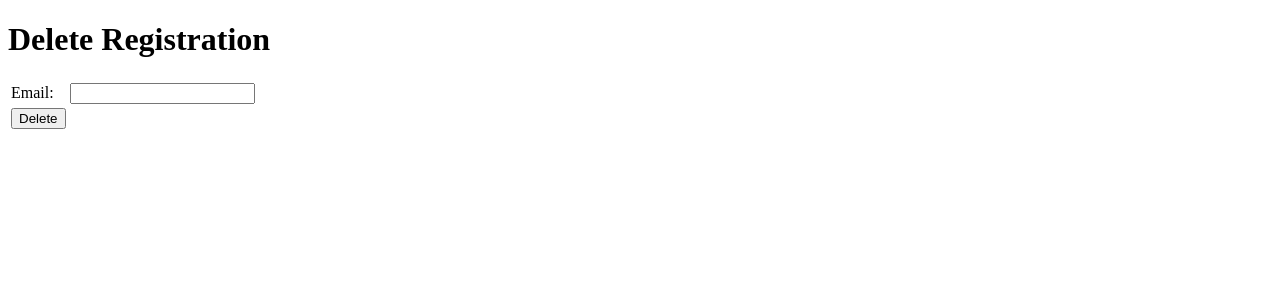
Repository: Aman-Kumar-Gautam/Java-Full-Stack
Page: Projects/web_app_1/src/main/webapp/delete_registration.html
These files come from the project's save history. The page is drawn as it stood at one moment and after the next save; the edit follows.
The browser window is 1280 px wide. The pictures show the whole page.

Above is the page before, as saved 2023-11-07 15:56:50.

After the next save:
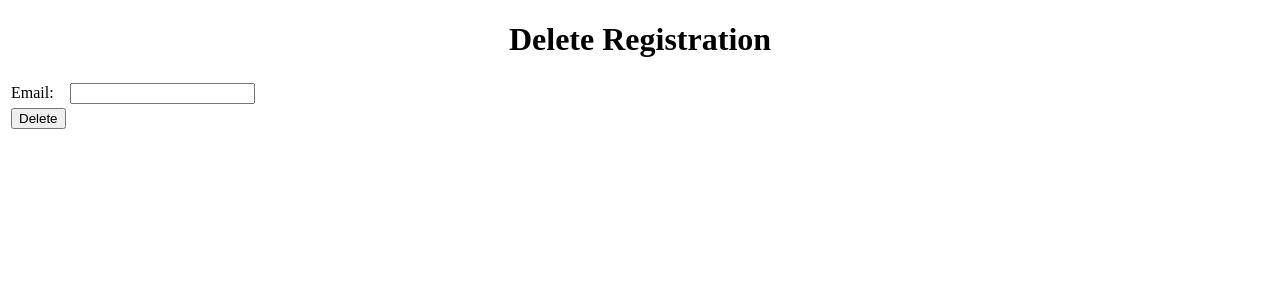
Saved 52 s later.
--- a/Projects/web_app_1/src/main/webapp/delete_registration.html
+++ b/Projects/web_app_1/src/main/webapp/delete_registration.html
@@ -5,7 +5,7 @@
 <title>Delete Registration Page</title>
 </head>
 <body>
-<h1>Delete Registration</h1>
+<center><h1>Delete Registration</h1></center>
 
 	<form action = "delete" method="post">
 		<table>

After the save that followed:
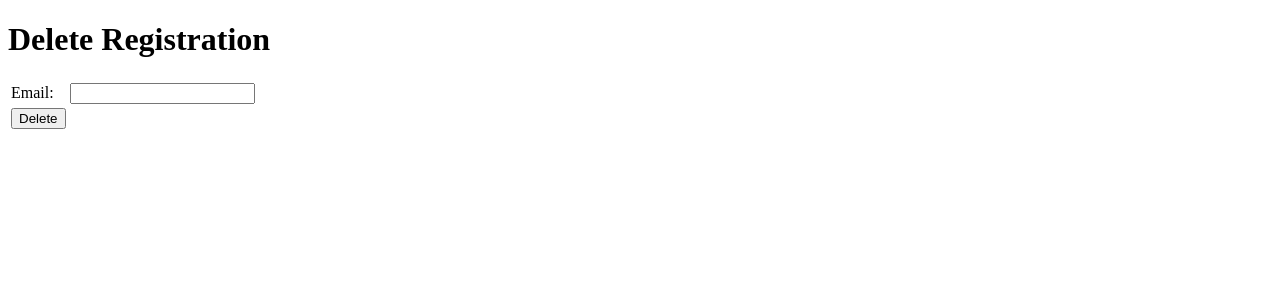
Saved 2 min 9 s later.
--- a/Projects/web_app_1/src/main/webapp/delete_registration.html
+++ b/Projects/web_app_1/src/main/webapp/delete_registration.html
@@ -5,7 +5,7 @@
 <title>Delete Registration Page</title>
 </head>
 <body>
-<center><h1>Delete Registration</h1></center>
+<h1>Delete Registration</h1>
 
 	<form action = "delete" method="post">
 		<table>
